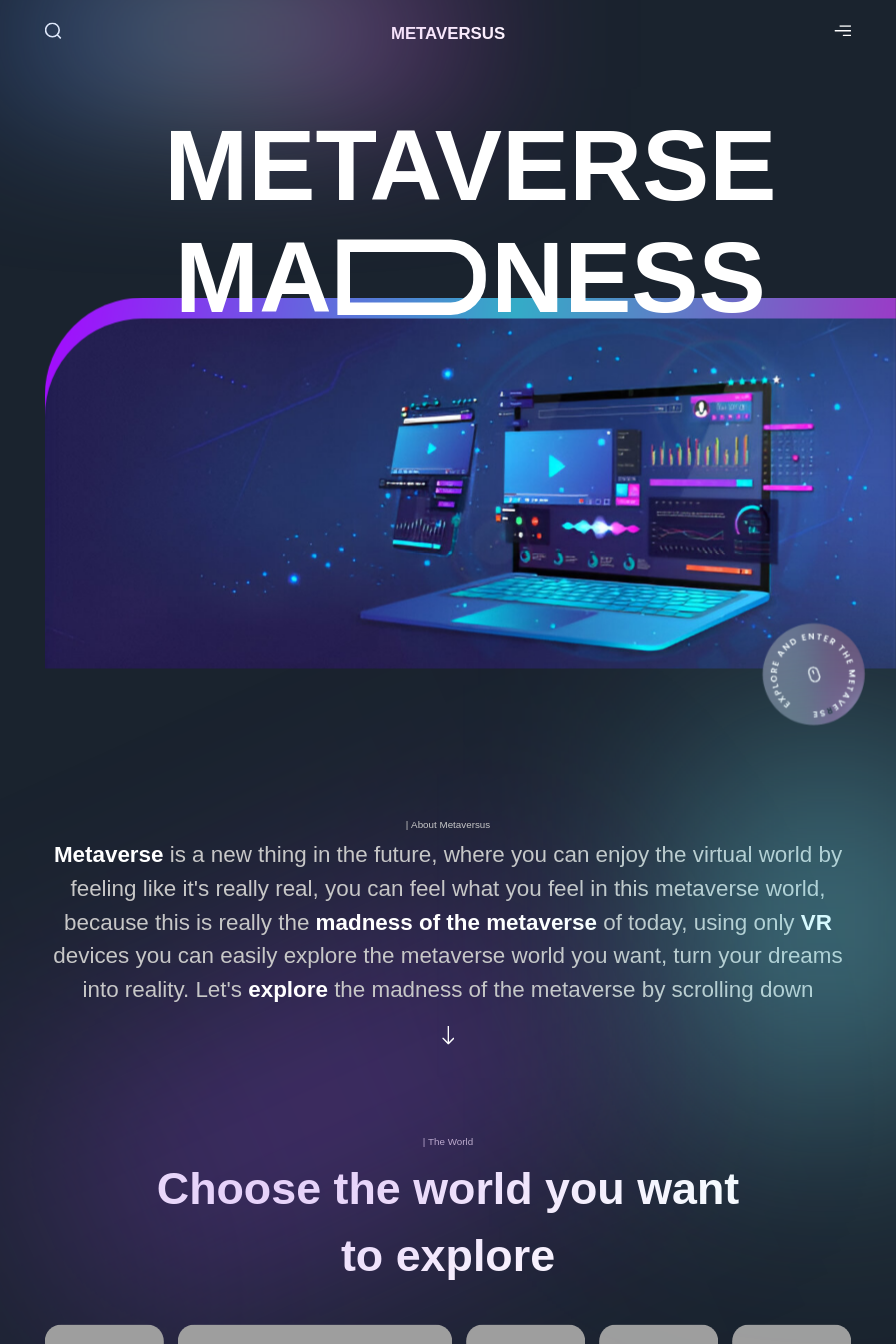
Repository: Shanuga123/metaversus
Page: /
An editor plug-in stored every save of this project. The page is shown before and after the next save, followed by the edit.
The browser window is 1280 px wide. The pictures show the part of the page from y = 0 to 1920 px (the page is 7254 px tall), at 70% of full size.
Pictures or frames that could not be fetched are drawn as grey boxes. Some web fonts or font styles are not loaded; a fallback is used. The project was rebuilt for these pictures with package versions that can differ from the ones it lists, and the page was loaded fresh each time. The framework's server and built-in components were replaced by stand-ins that run in the browser. Also part of the build but not shown: next.config.js.

Above is the page before, as saved 2024-08-05 11:57:32.

### components/Navbar.jsx
'use client';

import { motion } from 'framer-motion';

import styles from '../styles';
import { navVariants } from '../utils/motion';

const Navbar = () => (
  <motion.nav
    variants={navVariants}
    initial="hidden"
    whileInView="show"
    className={`${styles.xPaddings} py-8 relative`}
  >
    <div className="absolute w-[50%] inset-0 gradient-01" />
    <div
      className={`${styles.innerWidth} mx-auto flex justify-between gap-8`}
    >
      <img
        src="/search.svg"
        alt="search"
        className="w-[24px] h-[24px] object-contain"
      />
      <h2 className="font-extrabold text-[24px] leading-[30.24px] text-white">
        METAVERSUS
      </h2>
      <img
        src="/menu.svg"
        alt="menu"
        className="w-[24px] h-[24px] object-contain"
      />
    </div>
  </motion.nav>
);

export default Navbar;

### components/CustomTexts.jsx
'use client';

import { motion } from 'framer-motion';
import { textContainer, textVariant2 } from '../utils/motion';

export const TypingText = ({ title, textStyles }) => (
  <motion.p
    variants={textContainer}
    className={`font-normal text-[14px] text-secondary-white ${textStyles}`}
  >
    {Array.from(title).map((letter, index) => (
      <motion.span variants={textVariant2} key={index}>
        {letter === ' ' ? '\u00A0' : letter}
      </motion.span>
    ))}
  </motion.p>
);

export const TitleText = ({ title, textStyles }) => (
  <motion.h2
    variants={textVariant2}
    initial="hidden"
    whileInView="show"
    className={`mt-[8px] font-bold md:text-[64px] text-[40px] text-white ${textStyles}`}
  >
    {title}
  </motion.h2>
);

### components/ExploreCard.jsx
'use client';

import { motion } from 'framer-motion';

import styles from '../styles';
import { fadeIn } from '../utils/motion';

const ExploreCard = ({ id, imgUrl, title, index, active, handleClick }) => (
  <motion.div
    variants={fadeIn('right', 'spring', index * 0.5, 0.75)}
    className={`relative ${
      active === id ? 'lg:flex-[3.5] flex-[10]' : 'lg:flex-[0.5] flex-[2]'
    } flex items-center justify-center min-w-[170px] h-[700px] transition-[flex] duration-[0.7s] ease-out-flex cursor-pointer`}
    onClick={() => handleClick(id)}
  >
    <img
      src={imgUrl}
      alt="planet-04"
      className="absolute w-full h-full object-cover rounded-[24px]"
    />
    {active !== id ? (
      <h3 className="font-semibold sm:text-[26px] text-[18px] text-white absolute z-0 lg:bottom-20 lg:rotate-[-90deg] lg:origin-[0,0]">
        {title}
      </h3>
    ) : (
      <div className="absolute bottom-0 p-8 flex justify-start w-full flex-col bg-[rgba(0,0,0,0.5)] rounded-b-[24px]">
        <div
          className={`${styles.flexCenter} w-[60px] h-[60px] rounded-[24px] glassmorphism mb-[16px]`}
        >
          <img
            src="/headset.svg"
            alt="headset"
            className="w-1/2 h-1/2 object-contain"
          />
        </div>
        <p className="font-normal text-[16px] leading-[20.16px] text-white uppercase">
          Enter Metaverse
        </p>
        <h2 className="mt-[24px] font-semibold sm:text-[32px] text-[24px] text-white">
          {title}
        </h2>
      </div>
    )}
  </motion.div>
);

export default ExploreCard;

### components/InsightCard.jsx
'use client';

import { motion } from 'framer-motion';

import { fadeIn } from '../utils/motion';

const InsightCard = ({ imgUrl, title, subtitle, index }) => (
  <motion.div
    variants={fadeIn('up', 'spring', index * 0.5, 1)}
    className="flex md:flex-row flex-col gap-4"
  >
    <img
      src={imgUrl}
      alt="planet-01"
      className="md:w-[270px] w-full h-[250px] rounded-[32px] object-cover"
    />
    <div className="w-full flex justify-between items-center">
      <div className="flex-1 md:ml-[62px] flex flex-col max-w-[650px]">
        <h4 className="font-normal lg:text-[42px] text-[26px] text-white">
          {title}
        </h4>
        <p className="mt-[16px] font-normal lg:text-[20px] text-[14px] text-secondary-white">
          {subtitle}
        </p>
      </div>

      <div
        className="lg:flex hidden items-center justify-center w-[100px] h-[100px] rounded-full bg-transparent border-[1px] border-white"
      >
        <img
          src="/arrow.svg"
          alt="arrow"
          className="w-[40%] h-[40%] object-contain"
        />
      </div>
    </div>
  </motion.div>
);

export default InsightCard;

### components/Footer.jsx
'use client';

import { motion } from 'framer-motion';
import { socials } from '../constants';

import styles from '../styles';
import { footerVariants } from '../utils/motion';

const Footer = () => (
  <motion.footer
    variants={footerVariants}
    initial="hidden"
    whileInView="show"
    className={`${styles.xPaddings} py-8 relative`}
  >
    <div className="footer-gradient" />
    <div className={`${styles.innerWidth} mx-auto flex flex-col gap-8`}>
      <div className="flex items-center justify-between flex-wrap gap-5">
        <h4 className="font-bold md:text-[64px] text-[44px] text-white">
          Enter the Metaverse
        </h4>
        <button type="button" className="flex items-center h-fit py-4 px-6 bg-[#25618B] rounded-[32px] gap-[12px]">
          <img
            src="/headset.svg"
            alt="headset"
            className="w-[24px] h-[24px] object-contain"
          />
          <span className="font-normal text-[16px] text-white">
            Enter Metaverse
          </span>
        </button>
      </div>

      <div className="flex flex-col">
        <div className="mb-[50px] h-[2px] bg-white opacity-10" />

        <div className="flex items-center justify-between flex-wrap gap-4">
          <h4 className="font-extrabold text-[24px] text-white">
            METAVERUS
          </h4>
          <p className="font-normal text-[14px] text-white opacity-50">
            Copyright © 2021 - 2022 Metaversus. All rights reserved.
          </p>

          <div className="flex gap-4">
            {socials.map((social) => (
              <img
                key={social.name}
                src={social.url}
                alt={social.name}
                className="w-[24px] h-[24px] object-contain cursor-pointer"
              />
            ))}
          </div>
        </div>
      </div>
    </div>
  </motion.footer>
);

export default Footer;

### sections/Hero.jsx
'use client';

import { motion } from 'framer-motion';

import styles from '../styles';
import { slideIn, staggerContainer, textVariant } from '../utils/motion';

const Hero = () => (
  <section className={`${styles.yPaddings} sm:pl-16 pl-6`}>
    <motion.div
      variants={staggerContainer}
      initial="hidden"
      whileInView="show"
      viewport={{ once: false, amount: 0.25 }}
      className={`${styles.innerWidth} mx-auto flex flex-col`}
    >
      <div className="flex justify-center items-center flex-col relative z-10">
        <motion.h1 variants={textVariant(1.1)} className={styles.heroHeading}>
          Metaverse
        </motion.h1>
        <motion.div
          variants={textVariant(1.2)}
          className="flex flex-row justify-center items-center"
        >
          <h1 className={styles.heroHeading}>Ma</h1>
          <div className={styles.heroDText} />
          <h1 className={styles.heroHeading}>Ness</h1>
        </motion.div>
      </div>

      <motion.div
        variants={slideIn('right', 'tween', 0.2, 1)}
        className="relative w-full md:-mt-[20px] -mt-[12px]"
      >
        <div className="absolute w-full h-[300px] hero-gradient rounded-tl-[140px] z-[0] -top-[30px]" />

        <img
          src="/cover1.jpg"
          alt="hero_cover"
          className="w-full sm:h-[500px] h-[350px] object-cover rounded-tl-[140px] z-10 relative"
        />

        <a href="#explore">
          <div className="w-full flex justify-end sm:-mt-[70px] -mt-[50px] pr-[40px] relative z-10">
            <img
              src="/stamp.png"
              alt="stamp"
              className="sm:w-[155px] w-[100px] sm:h-[155px] h-[100px] object-contain"
            />
          </div>
        </a>
      </motion.div>
    </motion.div>
  </section>
);

export default Hero;

### sections/About.jsx
'use client';

import { motion } from 'framer-motion';
import { TypingText } from '../components';

import styles from '../styles';
import { fadeIn, staggerContainer } from '../utils/motion';

const About = () => (
  <section className={`${styles.paddings} relative z-10`}>
    <div className="gradient-02 z-0" />
    <motion.div
      variants={staggerContainer}
      initial="hidden"
      whileInView="show"
      viewport={{ once: false, amount: 0.25 }}
      className={`${styles.innerWidth} mx-auto ${styles.flexCenter} flex-col`}
    >
      <TypingText title="| About Metaversus" textStyles="text-center" />

      <motion.p
        variants={fadeIn('up', 'tween', 0.2, 1)}
        className="mt-[8px] font-normal sm:text-[32px] text-[20px] text-center text-secondary-white"
      >
        <span className="font-extrabold text-white">Metaverse</span> is a new
        thing in the future, where you can enjoy the virtual world by feeling
        like it's really real, you can feel what you feel in this metaverse
        world, because this is really the{' '}
        <span className="font-extrabold text-white">
          madness of the metaverse
        </span>{' '}
        of today, using only{' '}
        <span className="font-extrabold text-white">VR</span> devices you can
        easily explore the metaverse world you want, turn your dreams into
        reality. Let's{' '}
        <span className="font-extrabold text-white">explore</span> the madness
        of the metaverse by scrolling down
      </motion.p>

      <motion.img
        variants={fadeIn('up', 'tween', 0.3, 1)}
        src="/arrow-down.svg"
        alt="arrow down"
        className="w-[18px] h-[28px] object-contain mt-[28px]"
      />
    </motion.div>
  </section>
);

export default About;

### sections/Explore.jsx
'use client';

import { useState } from 'react';
import { motion } from 'framer-motion';

import styles from '../styles';
import { exploreWorlds } from '../constants';
import { staggerContainer } from '../utils/motion';
import { ExploreCard, TitleText, TypingText } from '../components';

const Explore = () => {
  const [active, setActive] = useState('world-2');

  return (
    <section className={`${styles.paddings}`} id="explore">
      <motion.div
        variants={staggerContainer}
        initial="hidden"
        whileInView="show"
        viewport={{ once: false, amount: 0.25 }}
        className={`${styles.innerWidth} mx-auto flex flex-col`}
      >
        <TypingText title="| The World" textStyles="text-center" />
        <TitleText
          title={<>Choose the world you want <br className="md:block hidden" /> to explore</>}
          textStyles="text-center"
        />
        <div className="mt-[50px] flex lg:flex-row flex-col min-h-[70vh] gap-5">
          {exploreWorlds.map((world, index) => (
            <ExploreCard
              key={world.id}
              {...world}
              index={index}
              active={active}
              handleClick={setActive}
            />
          ))}
        </div>
      </motion.div>
    </section>
  );
};

export default Explore;

### sections/GetStarted.jsx
'use client';

import { motion } from 'framer-motion';

import styles from '../styles';
import { startingFeatures } from '../constants';
import { StartSteps, TitleText, TypingText } from '../components';
import { staggerContainer, fadeIn, planetVariants } from '../utils/motion';

const GetStarted = () => (
  <section className={`${styles.paddings} relative z-10`}>
    <motion.div
      variants={staggerContainer}
      initial="hidden"
      whileInView="show"
      viewport={{ once: false, amount: 0.25 }}
      className={`${styles.innerWidth} mx-auto flex lg:flex-row flex-col gap-8`}
    >
      <motion.div
        variants={planetVariants('left')}
        className={`flex-1 ${styles.flexCenter}`}
      >
        <img
          src="/get-started.png"
          alt="get-started"
          className="w-[90%] h-[90%] object-contain"
        />
      </motion.div>
      <motion.div
        variants={fadeIn('left', 'tween', 0.2, 1)}
        className="flex-[0.75] flex justify-center flex-col"
      >
        <TypingText title="| How Metaversus Works" />
        <TitleText title={<>Get started with just a few clicks</>} />
        <div className="mt-[31px] flex flex-col max-w-[370px] gap-[24px]">
          {startingFeatures.map((feature, index) => (
            <StartSteps
              key={feature}
              number={`${index < 10 ? '0' : ''} ${index + 1}`}
              text={feature}
            />
          ))}
        </div>
      </motion.div>
    </motion.div>
  </section>
);

export default GetStarted;

### sections/WhatsNew.jsx
'use client';

import { motion } from 'framer-motion';

import styles from '../styles';
import { newFeatures } from '../constants';
import { NewFeatures, TitleText, TypingText } from '../components';
import { planetVariants, staggerContainer, fadeIn } from '../utils/motion';

const WhatsNew = () => (
  <section className={`${styles.paddings} relative z-10`}>
    <motion.div
      variants={staggerContainer}
      initial="hidden"
      whileInView="show"
      viewport={{ once: false, amount: 0.25 }}
      className={`${styles.innerWidth} mx-auto flex lg:flex-row flex-col gap-8`}
    >
      <motion.div
        variants={fadeIn('right', 'tween', 0.2, 1)}
        className="flex-[0.95] flex justify-center flex-col"
      >
        <TypingText title="| Whats new?" />
        <TitleText title={<>What's new about Metaversus?</>} />
        <div className="mt-[48px] flex flex-wrap justify-between gap-[24px]">
          {newFeatures.map((feature) => (
            <NewFeatures key={feature.title} {...feature} />
          ))}
        </div>
      </motion.div>

      <motion.div
        variants={planetVariants('right')}
        className={`flex-1 ${styles.flexCenter}`}
      >
        <img
          src="/whats-new.png"
          alt="get-started"
          className="w-[90%] h-[90%] object-contain"
        />
      </motion.div>
    </motion.div>
  </section>
);

export default WhatsNew;

### sections/World.jsx
'use client';

import { motion } from 'framer-motion';

import styles from '../styles';
import { TitleText, TypingText } from '../components';
import { fadeIn, staggerContainer } from '../utils/motion';

const World = () => (
  <section className={`${styles.paddings} relative z-10`}>
    <motion.div
      variants={staggerContainer}
      initial="hidden"
      whileInView="show"
      viewport={{ once: false, amount: 0.25 }}
      className={`${styles.innerWidth} mx-auto flex flex-col`}
    >

      <TypingText title="| People on the World" textStyles="text-center" />
      <TitleText
        title={(
          <>Track friends around you and invite them to play together in the same
            world
          </>
        )}
        textStyles="text-center"
      />

      <motion.div
        variants={fadeIn('up', 'tween', 0.3, 1)}
        className="relative mt-[68px] flex w-full h-[550px]"
      >
        <img src="/map.png" alt="map" className="w-full h-full object-cover" />

        <div className="absolute bottom-20 right-20 w-[70px] h-[70px] p-[6px] rounded-full bg-[#5D6680]">
          <img src="people-01.png" alt="people" className="w-full h-full" />
        </div>

        <div className="absolute top-10 left-20 w-[70px] h-[70px] p-[6px] rounded-full bg-[#5D6680]">
          <img src="/people-02.png" alt="people" className="w-full h-full" />
        </div>

        <div className="absolute top-1/2 left-[45%] w-[70px] h-[70px] p-[6px] rounded-full bg-[#5D6680]">
          <img src="people-03.png" alt="people" className="w-full h-full" />
        </div>
      </motion.div>
    </motion.div>
  </section>
);

export default World;

### sections/Insights.jsx
'use client';

import { motion } from 'framer-motion';

import styles from '../styles';
import { insights } from '../constants';
import { staggerContainer } from '../utils/motion';
import { InsightCard, TitleText, TypingText } from '../components';

const Insights = () => (
  <section className={`${styles.paddings} relative z-10`}>
    <motion.div
      variants={staggerContainer}
      initial="hidden"
      whileInView="show"
      viewport={{ once: false, amount: 0.25 }}
      className={`${styles.innerWidth} mx-auto flex flex-col`}
    >
      <TypingText title="| Insight" textStyles="text-center" />
      <TitleText title={<>Insight about metaverse</>} textStyles="text-center" />
      <div className="mt-[50px] flex flex-col gap-[30px]">
        {insights.map((item, index) => (
          <InsightCard key={`insight-${index}`} {...item} index={index + 1} />
        ))}
      </div>
    </motion.div>
  </section>
);

export default Insights;

### sections/Feedback.jsx
'use client';

import { motion } from 'framer-motion';

import styles from '../styles';
import { fadeIn, staggerContainer, zoomIn } from '../utils/motion';

const Feedback = () => (
  <section className={`${styles.paddings}`}>
    <motion.div
      variants={staggerContainer}
      initial="hidden"
      whileInView="show"
      viewport={{ once: false, amount: 0.25 }}
      className={`${styles.innerWidth} mx-auto flex lg:flex-row flex-col gap-6`}
    >
      <motion.div
        variants={fadeIn('right', 'tween', 0.2, 1)}
        className="flex-[0.5] lg:max-w-[370px] flex justify-end flex-col gradient-05 sm:p-8 p-4 rounded-[32px] border-[1px] border-[#6A6A6A] relative"
      >
        <div className="feedback-gradient" />
        <div>
          <h4 className="font-bold sm:text-[32px] text-[26px] sm:leading-[40.32px] leading-[36.32px] text-white">
            Samantha
          </h4>
          <p className="mt-[8px] font-normal sm:text-[18px] text-[12px] sm:leading-[22.68px] leading-[16.68px] text-white">
            Founder Metaverus
          </p>
        </div>

        <p className="mt-[24px] font-normal sm:text-[24px] text-[18px] sm:leading-[45.6px] leading-[39.6px] text-white">
          “With the development of today's technology, metaverse is very
          useful for today's work, or can be called web 3.0. by using
          metaverse you can use it as anything”
        </p>
      </motion.div>

      <motion.div
        variants={fadeIn('left', 'tween', 0.2, 1)}
        className="relative flex-1 flex justify-center items-center"
      >
        <img
          src="/planet-09.png"
          alt="planet-09"
          className="w-full lg:h-[610px] h-auto min-h-[210px] object-cover rounded-[40px]"
        />

        <motion.div
          variants={zoomIn(0.4, 1)}
          className="lg:block hidden absolute -left-[10%] top-[3%]"
        >
          <img
            src="/stamp.png"
            alt="stamp"
            className="w-[155px] h-[155px] object-contain"
          />
        </motion.div>
      </motion.div>
    </motion.div>
  </section>
);

export default Feedback;

### styles/index.js
const styles = {
  innerWidth: '2xl:max-w-[1280px] w-full',
  interWidth: 'lg:w-[80%] w-[100%]',

  paddings: 'sm:p-16 xs:p-8 px-6 py-12',
  yPaddings: 'sm:py-16 xs:py-8 py-12',
  xPaddings: 'sm:px-16 px-6',
  topPaddings: 'sm:pt-16 xs:pt-8 pt-12',
  bottomPaddings: 'sm:pb-16 xs:pb-8 pb-12',

  flexCenter: 'flex justify-center items-center',
  flexStart: 'flex justify-start items-start',
  flexEnd: 'flex justify-end',
  navPadding: 'pt-[98px]',

  // hero section
  heroHeading:
      'font-bold lg:text-[144px] md:text-[100px] sm:text-[60px] text-[44px] lg:leading-[158.4px] md:leading-[114.4px] sm:leading-[74.4px] leading-[64.4px] uppercase text-white',
  heroDText:
      'md:w-[212px] sm:w-[80px] w-[60px] md:h-[108px] sm:h-[48px] h-[38px] md:border-[18px] border-[9px] rounded-r-[50px] border-white sm:mx-2 mx-[6px]',
};

export default styles;

### constants/index.js
export const exploreWorlds = [
  {
    id: 'world-1',
    imgUrl: '/planet-01.png',
    title: 'The Hogwarts',
  },
  {
    id: 'world-2',
    imgUrl: '/planet-02.png',
    title: 'The Upside Down',
  },
  {
    id: 'world-3',
    imgUrl: '/planet-03.png',
    title: 'Kadirojo Permai',
  },
  {
    id: 'world-4',
    imgUrl: '/planet-04.png',
    title: 'Paradise Island',
  },
  {
    id: 'world-5',
    imgUrl: '/planet-05.png',
    title: 'Hawkins Labs',
  },
];

export const startingFeatures = [
  'Find a world that suits you and you want to enter',
  'Enter the world by reading basmalah to be safe',
  'No need to beat around the bush, just stay on the gas and have fun',
];

export const newFeatures = [
  {
    imgUrl: '/vrpano.svg',
    title: 'A new world',
    subtitle:
        'we have the latest update with new world for you to try never mind',
  },
  {
    imgUrl: '/headset.svg',
    title: 'More realistic',
    subtitle:
        'In the latest update, your eyes are narrow, making the world more realistic than ever',
  },
];

export const insights = [
  {
    imgUrl: '/planet-06.png',
    title: 'The launch of the Metaverse makes Elon musk ketar-ketir',
    subtitle:
        'Magna etiam tempor orci eu lobortis elementum nibh tellus molestie. Diam maecenas sed enim ut sem viverra alique.',
  },
  {
    imgUrl: '/planet-07.png',
    title: '7 tips to easily master the madness of the Metaverse',
    subtitle:
        'Vitae congue eu consequat ac felis donec. Et magnis dis parturient montes nascetur ridiculus mus. Convallis tellus id interdum',
  },
  {
    imgUrl: '/planet-08.png',
    title: 'With one platform you can explore the whole world virtually',
    subtitle:
        'Quam quisque id diam vel quam elementum. Viverra nam libero justo laoreet sit amet cursus sit. Mauris in aliquam sem',
  },
];

export const socials = [
  {
    name: 'twitter',
    url: '/twitter.svg',
  },
  {
    name: 'linkedin',
    url: '/linkedin.svg',
  },
  {
    name: 'instagram',
    url: '/instagram.svg',
  },
  {
    name: 'facebook',
    url: '/facebook.svg',
  },
];

Loaded but not shown: app/layout.js (common file); app/page.js (common file); styles/globals.css (common file); components/index.js (common file); sections/index.js (common file); components/StartSteps.jsx (common file); components/NewFeatures.jsx (common file); tailwind.config.js (common file); utils/motion.js (161 lines, source omitted)

After the next save:
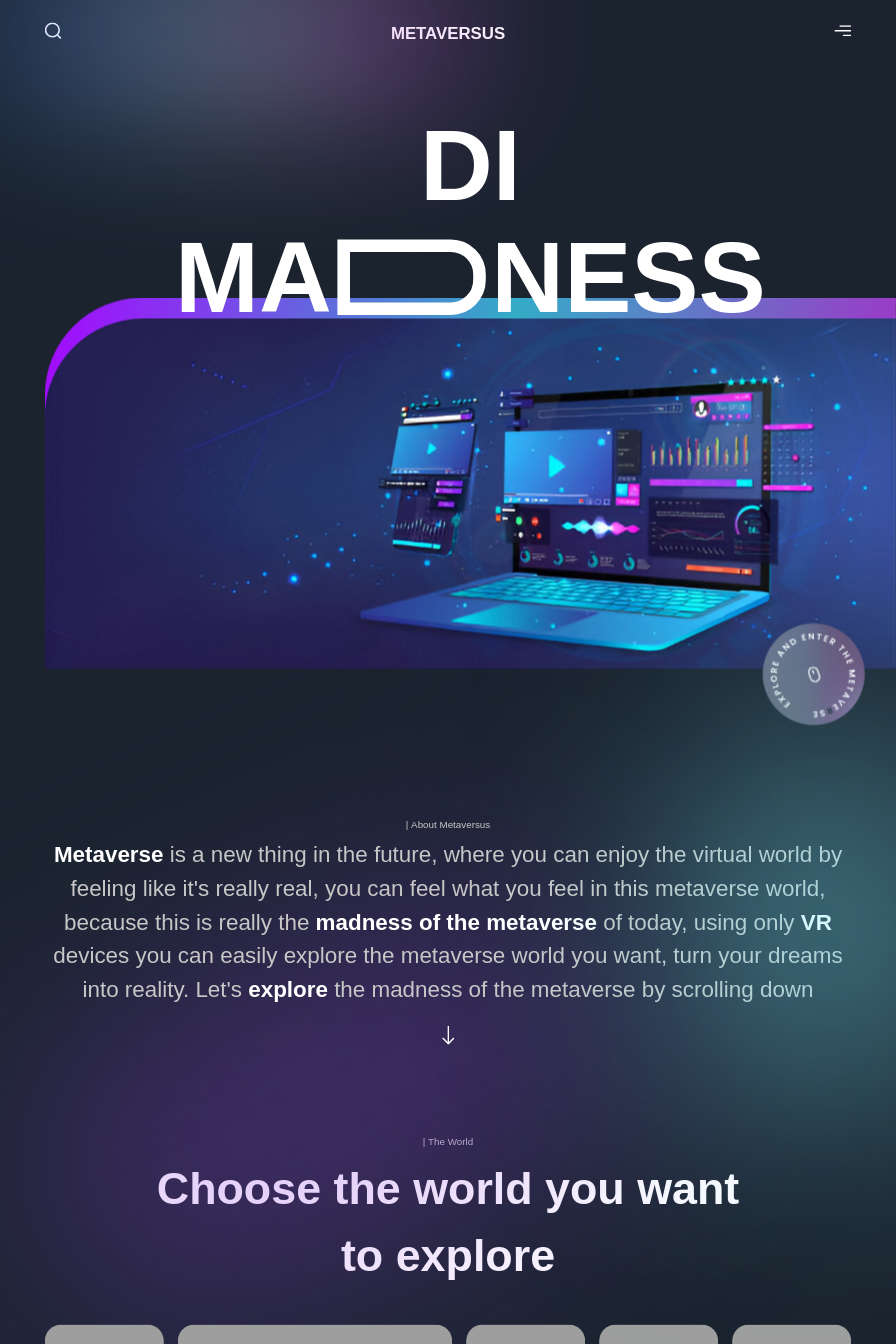
Saved 7 h 27 min later.
--- a/sections/Hero.jsx
+++ b/sections/Hero.jsx
@@ -16,7 +16,7 @@ const Hero = () => (
     >
       <div className="flex justify-center items-center flex-col relative z-10">
         <motion.h1 variants={textVariant(1.1)} className={styles.heroHeading}>
-          Metaverse
+          Di
         </motion.h1>
         <motion.div
           variants={textVariant(1.2)}
